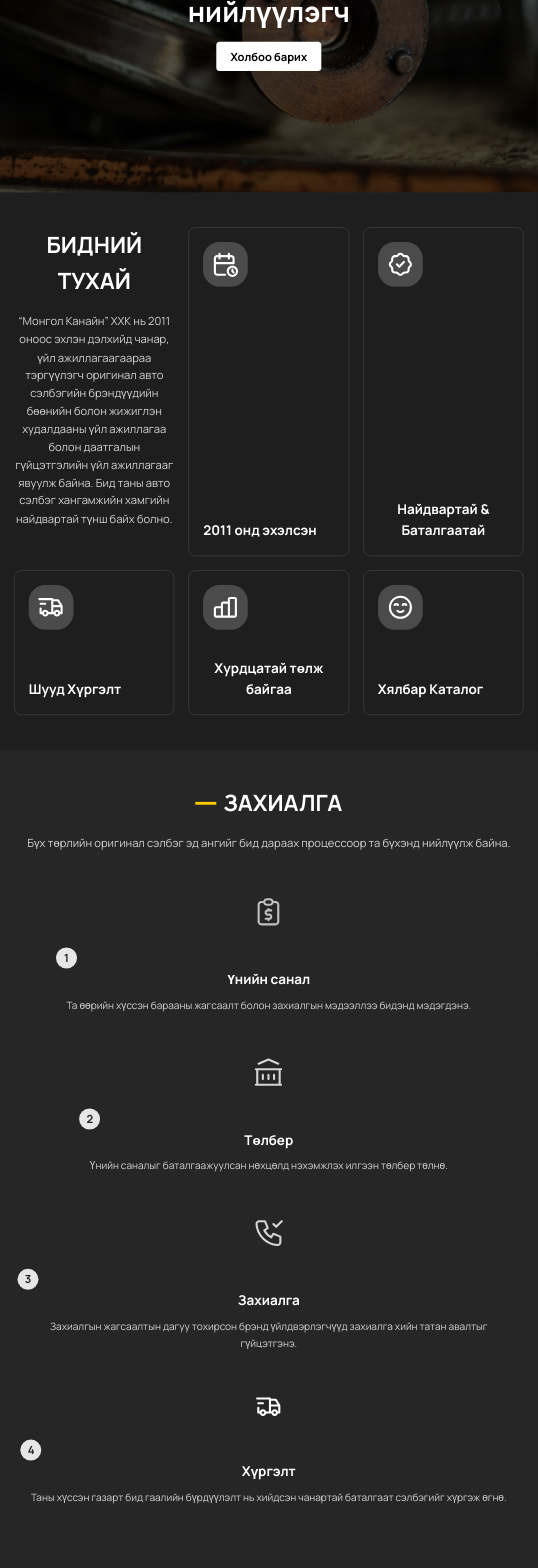
Repository: temuujinnn/mongol_kanain
Page: index.html
An editor plug-in stored every save of this project. The page is shown before and after the next save, followed by the edit.
The browser window is 768 px wide. The pictures show the part of the page from y = 452 to 2692 px (the page is 2692 px tall before and 2512 px after), at 70% of full size.

Above is the page before, as saved 2024-08-22 18:14:41.

### index.html
<!DOCTYPE html>
<html lang="mn">

<head>
    <meta charset="UTF-8">
    <meta name="viewport" content="width=device-width, initial-scale=1.0">
    <title>My Custom Website</title>
    <link rel="stylesheet" href="style.css">
    <!-- Google Fonts Link -->
    <link href="https://fonts.googleapis.com/css2?family=Manrope:wght@400;700&display=swap" rel="stylesheet">
</head>

<body>
    <!-- Header Section -->
    <header>
        <div class="container">
            <div class="logo">
                <h1>My Website</h1>
            </div>
            <nav>
                <ul>
                    <li><a href="#home">Нүүр</a></li>
                    <li><a href="#about">Бидний тухай</a></li>
                    <li><a href="#order">Захиалга</a></li>
                    <li><a href="#brands">Брэндүүд</a></li>
                    <li><a href="#contact">Холбоо барих</a></li>
                </ul>
            </nav>
            <a href="#contact" class="contact-btn">Холбоо барих</a>
        </div>
    </header>

    <!-- Hero Section -->
    <section id="hero">
        <div class="overlay"></div>
        <div class="hero-content">
            <h1>Оригинал баталгаатай сэлбэгийг хамгийн найдвартай бөгөөд өрсөлдөхүйц үнээр ханган нийлүүлэгч</h1>
            <a href="#contact" class="button">Холбоо барих</a>
        </div>
    </section>

    <!-- The rest of your content -->
    <section id="about">
        <div class="container">

            <div class="about-grid">
                <div>
                    <h2>БИДНИЙ ТУХАЙ</h2>
                    <p class="description">“Монгол Канайн” ХХК нь 2011 оноос эхлэн дэлхийд чанар, үйл ажиллагаагаараа
                        тэргүүлэгч
                        оригинал авто сэлбэгийн брэндүүдийн бөөнийн болон жижиглэн худалдааны үйл ажиллагаа болон
                        даатгалын
                        гүйцэтгэлийн үйл ажиллагааг явуулж байна. Бид таны авто сэлбэг хангамжийн хамгийн найдвартай
                        түнш
                        байх
                        болно.</p>
                </div>

                <div class="about-card">
                    <div class="icon">
                        <img src="./icons/calendar-time.svg" alt="Calendar Icon">
                    </div>
                    <div style="height: 40px;"></div>
                    <div class="text">2011 онд эхэлсэн</div>
                </div>
                <div class="about-card">
                    <div class="icon">
                        <img src="./icons/discount-check.svg" alt="Calendar Icon">
                    </div>
                    <div style="height: 40px;"></div>
                    <div class="text">Найдвартай & Баталгаатай</div>
                </div>
                <div class="about-card">
                    <div class="icon">
                        <img src="./icons/truck-delivery.svg" alt="Calendar Icon">
                    </div>
                    <div style="height: 40px;"></div>
                    <div class="text">Шууд Хүргэлт</div>
                </div>
                <div class="about-card">
                    <div class="icon">
                        <img src="./icons/chart-bar.svg" alt="Calendar Icon">
                    </div>
                    <div style="height: 40px;"></div>
                    <div class="text">Хурдцатай төлж байгаа</div>
                </div>
                <div class="about-card">
                    <div class="icon">
                        <img src="./icons/mood-smile-beam.svg" alt="Calendar Icon">
                    </div>
                    <div style="height: 40px;"></div>
                    <div class="text">Хялбар Каталог</div>
                </div>
            </div>
        </div>
    </section>
    <section id="order-process">
        <div class="container">
            <h2>ЗАХИАЛГА</h2>
            <p class="description">Бүх төрлийн оригинал сэлбэг эд ангийг бид дараах процессоор та бүхэнд нийлүүлж байна.
            </p>
            <div class="steps">
                <div class="step">
                    <div class="stepicon">
                        <img src="./icons/report-money.svg" alt="Calendar Icon">
                    </div>
                    <div class="step-number">1</div>
                    <h3>Үнийн санал</h3>
                    <p>Та өөрийн хүссэн барааны жагсаалт болон захиалгын мэдээллээ бидэнд мэдэгдэнэ.</p>
                </div>
                <div class="step">
                    <div class="stepicon">
                        <img src="./icons/building-bank.svg" alt="Calendar Icon">
                    </div>
                    <div class="step-number">2</div>
                    <h3>Төлбер</h3>
                    <p>Үнийн саналыг баталгаажуулсан нөхцөлд нэхэмжлэх илгээн төлбер төлнө.</p>
                </div>
                <div class="step">
                    <div class="stepicon">
                        <img src="./icons/phone-check.svg" alt="Calendar Icon">
                    </div>
                    <div class="step-number">3</div>
                    <h3>Захиалга</h3>
                    <p>Захиалгын жагсаалтын дагуу тохирсон брэнд үйлдвэрлэгчүүд захиалга хийн татан авалтыг гүйцэтгэнэ.
                    </p>
                </div>
                <div class="step">
                    <div class="stepicon">
                        <img src="./icons/truck-delivery.svg" alt="Calendar Icon">
                    </div>
                    <div class="step-number">4</div>
                    <h3>Хүргэлт</h3>
                    <p>Таны хүссэн газарт бид гаалийн бүрдүүлэлт нь хийдсэн чанартай баталгаат сэлбэгийг хүргэж өгнө.
                    </p>
                </div>
            </div>
        </div>
    </section>
</body>

</html>

### style.css
/* Basic Reset */
* {
    margin: 0;
    padding: 0;
    box-sizing: border-box;
}

body {
    font-family: 'Manrope', sans-serif;
    color: white;
    background-color: #1e1e1e;
    line-height: 1.6;
}

/* Header */
header {

    /* Semi-transparent background */
    padding: 20px 0;
    position: absolute;
    /* Ensure the header is not fixed */
    width: 100%;
    z-index: 1000;
    /* Keep the header on top of other content */
}

header .container {
    display: flex;
    padding-left: 144px;
    padding-right: 144px;
    justify-content: space-between;
    align-items: center;
}

header .logo h1 {
    color: #fff;
    font-size: 1.5rem;
    margin: 0;
}

header nav ul {
    list-style: none;
    display: flex;
    margin: 0;
    padding: 0;
}

header nav ul li {
    margin-left: 20px;
}

header nav ul li a {
    color: #fff;
    text-decoration: none;
    font-size: 1rem;
}

header nav ul li a:hover {
    color: #ffcc00;
}

header .contact-btn {
    background-color: #fff;
    color: #000;
    padding: 10px 20px;
    text-decoration: none;
    border-radius: 5px;
    font-weight: bold;
}

header .contact-btn:hover {
    background-color: #e6e6e6;
}

/* Hero Section */
#hero {
    position: relative;
    background: url('./images/m.png') no-repeat center center/cover;
    height: 726px;
    display: flex;
    justify-content: center;
    align-items: center;
    text-align: center;
    color: #fff;
}

#hero .overlay {
    position: absolute;
    top: 0;
    left: 0;
    right: 0;
    bottom: 0;
    background: rgba(0, 0, 0, 0.5);
    /* Dark overlay */
}

.hero-content {
    z-index: 1;
    max-width: 80%;
}

.hero-content h1 {
    font-size: 2.5rem;
    margin-bottom: 20px;
}

.hero-content .button {
    padding: 10px 20px;
    background: #fff;
    color: #000;
    text-decoration: none;
    border-radius: 5px;
    font-weight: bold;
    transition: background-color 0.3s ease;
}

.hero-content .button:hover {
    background-color: #e6e6e6;
}

#about {
    padding: 50px 20px;
    background-color: #1e1e1e;
}

.container {
    max-width: 1200px;
    margin: 0 auto;
}

#about h2 {
    font-size: 32px;
    margin-bottom: 20px;
    color: #fff;
    font-weight: 700;
}

.description {

    font-size: 12px;
    font-style: normal;
    font-weight: 400;
}

.about-grid {
    display: grid;
    grid-template-columns: repeat(3, 1fr);
    gap: 20px;
    height: 100%;
}

.about-card {
    background-color: #1e1e1e;
    padding: 20px;
    border-radius: 10px;
    display: flex;
    flex-direction: column;
    justify-content: space-between;
    align-items: start;

    border: 1px solid #444;
    transition: transform 0.3s ease, border-color 0.3s ease;
}

.about-card:hover {
    transform: translateY(-5px);
    border-color: #ffcc00;
}

.icon {

    display: flex;
    justify-content: center;
    align-items: center;
    background-color: #4b4b4b;
    width: 64px;
    height: 64px;
    padding: 12px;
    border-radius: 24px;

}



.text {
    font-size: 1.2rem;
    color: #fff;
    font-weight: 700;
}

.text br {
    display: none;
}

@media (min-width: 768px) {
    .text br {
        display: inline;
    }
}

/* Adjusting body padding to avoid header overlay */


#order-process {
    padding: 50px 20px;
    background-color: #262626;
}

.container {
    max-width: 1200px;
    margin: 0 auto;
    text-align: center;
}

#order-process h2 {
    font-size: 2rem;
    margin-bottom: 20px;
    color: #fff;
    position: relative;
    display: inline-block;
    padding-left: 40px;
}

#order-process h2::before {
    content: '';
    position: absolute;
    left: 0;
    top: 50%;
    transform: translateY(-50%);
    width: 30px;
    height: 4px;
    background-color: #ffcc00;
    /* Yellow color */
}

.description {
    font-size: 1rem;
    margin-bottom: 40px;
    color: #d3d3d3;
}

.steps {
    display: flex;
    justify-content: space-between;
    flex-wrap: wrap;
}

.step {
    flex: 1;
    padding: 20px;
    max-width: 220px;
}

.stepicon {
    margin-bottom: 20px;
    position: relative;
}

.step-number {
    /* position: absolute; */
    bottom: -15px;
    /* Adjusted to ensure it doesn't overlap with other elements */
    left: 50%;
    transform: translateX(-50%);
    background-color: #e6e6e6;
    color: #262626;
    font-weight: bold;
    border-radius: 50%;
    width: 30px;
    height: 30px;
    display: flex;
    align-items: center;
    justify-content: center;
    font-size: 1rem;
    z-index: 1;
    /* Ensures step number stays on top */
}

.step h3 {
    font-size: 1.2rem;
    margin-bottom: 10px;
    color: #fff;
}

.step p {
    font-size: 0.9rem;
    color: #d3d3d3;
}

@media (max-width: 768px) {
    .steps {
        flex-direction: column;
        align-items: center;
    }

    .step {
        max-width: 100%;
        margin-bottom: 20px;
    }
}

After the next save:
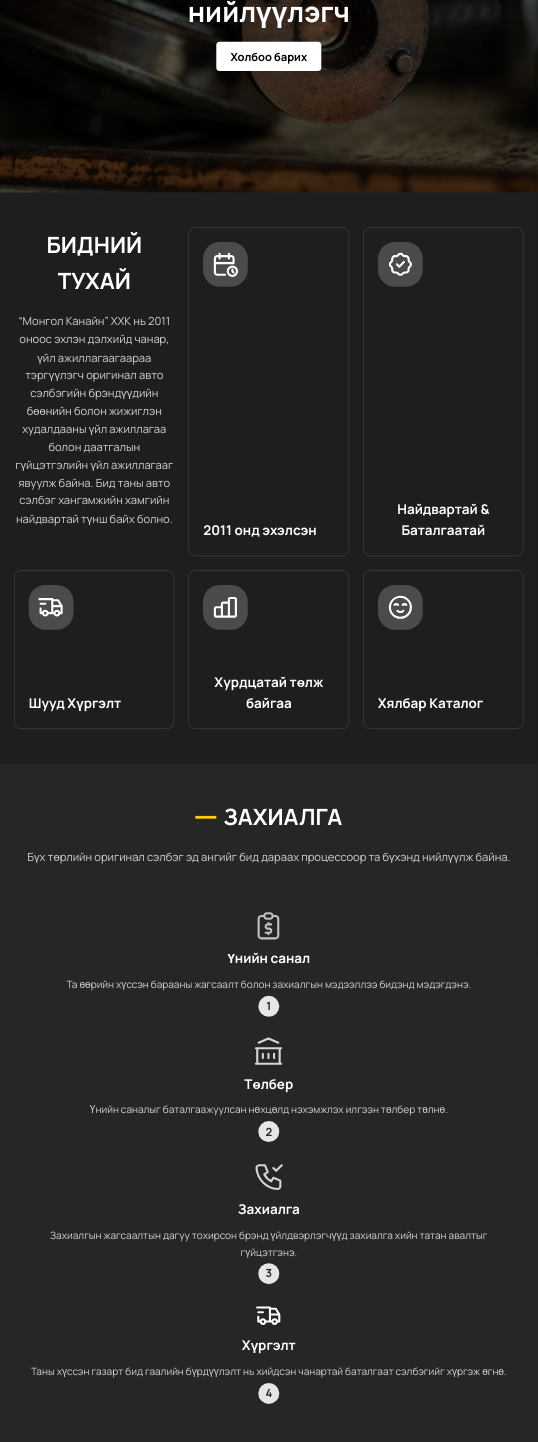
Saved 2 min 41 s later.
--- a/style.css
+++ b/style.css
@@ -200,7 +200,6 @@
 
 /* Adjusting body padding to avoid header overlay */
 
-
 #order-process {
     padding: 50px 20px;
     background-color: #262626;
@@ -243,21 +242,42 @@
     display: flex;
     justify-content: space-between;
     flex-wrap: wrap;
+    position: relative;
 }
 
 .step {
     flex: 1;
     padding: 20px;
     max-width: 220px;
-}
-
-.stepicon {
+    position: relative;
+    /* Ensure step number stays relative to its parent */
+    text-align: center;
+}
+
+.step::after {
+    content: '';
+    position: absolute;
+    top: 50%;
+    right: -110px;
+    /* Adjust depending on spacing between steps */
+    width: 100px;
+    height: 2px;
+    background-color: #d3d3d3;
+    z-index: 0;
+}
+
+.step:last-child::after {
+    display: none;
+    /* Remove the line after the last step */
+}
+
+.icon {
     margin-bottom: 20px;
     position: relative;
 }
 
 .step-number {
-    /* position: absolute; */
+    position: absolute;
     bottom: -15px;
     /* Adjusted to ensure it doesn't overlap with other elements */
     left: 50%;
@@ -297,4 +317,9 @@
         max-width: 100%;
         margin-bottom: 20px;
     }
-}
+
+    .step::after {
+        display: none;
+        /* Remove the lines for mobile view */
+    }
+}
